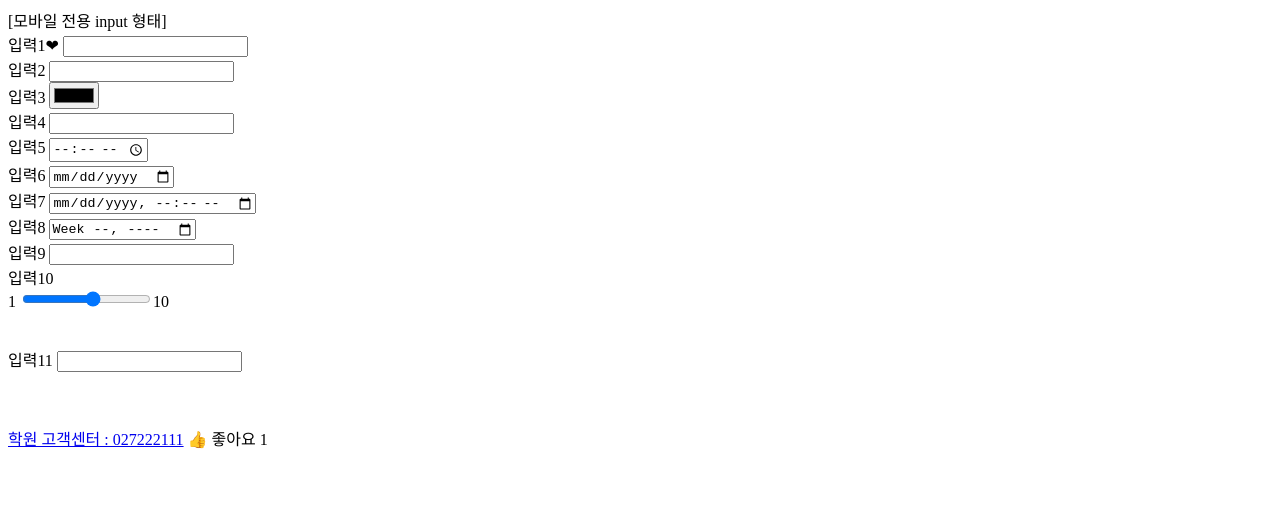
Repository: mnemion/BackendClass
Page: web/src/main/webapp/m/index.html
The author's editor kept a copy of each file at every save. The page is drawn from the files as they stood at one save, then again after the next save.
The browser window is 1280 px wide. The pictures show the whole page.

Above is the page before, as saved 2023-08-31 06:08:23.

### web/src/main/webapp/m/index.html
<!DOCTYPE html>
<html lang="ko">
<head>
<meta charset="UTF-8">
<meta name="viewport" content="width=device-width, initial-scale=1.0">
<title>모바일 전용 웹페이지</title>
</head>
<body>
[모바일 전용 input 형태]<br>
입력1❤ <input type="text"><br>		<!-- 일반 입력 (P, M) -->
입력2 <input type="number"><br>	<!-- 숫자만 입력 (M) -->
입력3 <input type="color"><br>	<!-- 색상선택 (P, M) -->
입력4 <input type="tel"><br>		<!-- 전화번호 (M) -->
입력5 <input type="time"><br>		<!-- 시간선택 (P, M) -->
입력6 <input type="date"><br>		<!-- 날짜선택 (P, M) -->
입력7 <input type="datetime-local"><br>	<!-- 날짜, 시간 동시에 입력 (P, M) -->
입력8 <input type="week"><br>		<!-- 몇 주차 (P, M) [ios에서 작동불능] -->
입력9 <input type="email"><br>	<!-- 이메일 (P, M) -->
입력10 <br>		<!-- 수량, 크기 범위 선택 (P, M) -->
<form oninput="sound2.value=parseInt(sound.value)">
1 <input type="range" id="sound" min="1" max="10">10<br>
<output for="sound" name="sound2"></output>
<br><br>
</form>
입력11 <input type="url"><br>		<!-- 도메인, 블로그 등 웹 경로 (M) -->
<br><br><br>
<a href="tel:027222111">학원 고객센터 : 027222111</a>
👍 좋아요 1
</body>
</html>

After the next save:
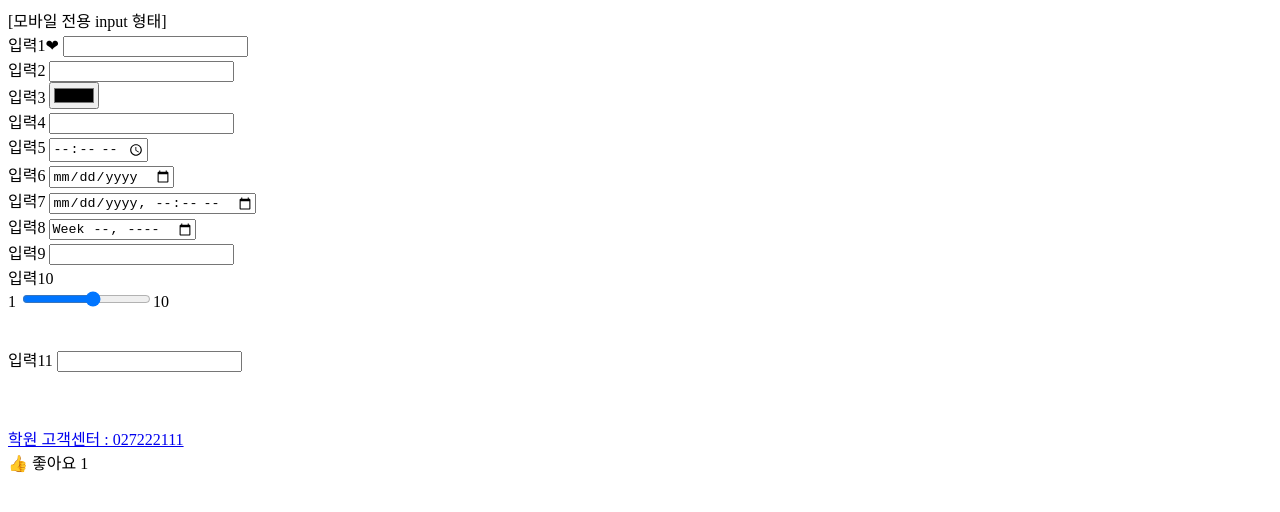
Saved 14 s later.
--- a/web/src/main/webapp/m/index.html
+++ b/web/src/main/webapp/m/index.html
@@ -24,7 +24,7 @@
 </form>
 입력11 <input type="url"><br>		<!-- 도메인, 블로그 등 웹 경로 (M) -->
 <br><br><br>
-<a href="tel:027222111">학원 고객센터 : 027222111</a>
+<a href="tel:027222111">학원 고객센터 : 027222111</a><br>
 👍 좋아요 1
 </body>
 </html>
